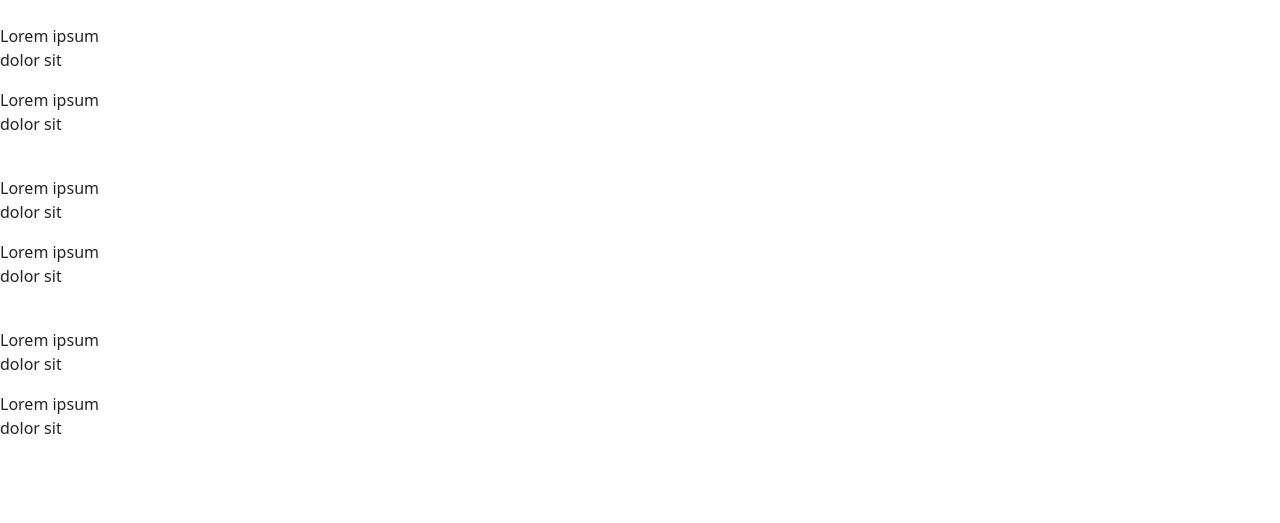
Repository: WajihaGul/MedicalApp-Frontend
Page: /
The author's editor kept a copy of each file at every save. The page is drawn from the files as they stood at one save, then again after the next save.
The browser window is 1280 px wide. The pictures show the whole page.
The project was rebuilt for these pictures with package versions that can differ from the ones it lists, and the page was loaded fresh each time. Also part of the build but not shown: vite.config.js, src/index.css, src/App.css, src/Components/Experience/Experience.module.css, src/Components/Experience/Experience.jsx, src/Components/LandingPage/LandingPage.jsx, src/Components/NavigationBar/Navbar.module.css, src/Components/NavigationBar/Navbar.jsx.

Above is the page before, as saved 2024-05-01 15:14:28.

After the next save:
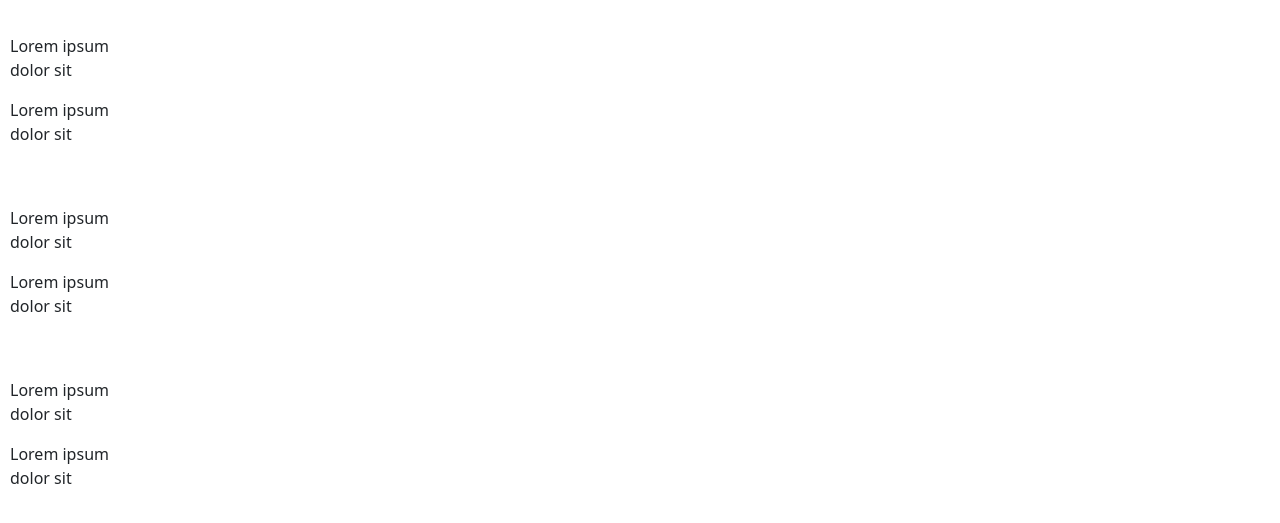
Saved 21 s later.
--- a/src/Components/Accomplishments/Accomplishments.module.css
+++ b/src/Components/Accomplishments/Accomplishments.module.css
@@ -4,6 +4,7 @@
 }
 
 .column1 , .column2 , .column3{
-float: left;
-width: 280px;
+    float: left;
+    width: 280px;
+    margin: 10px;
 }
